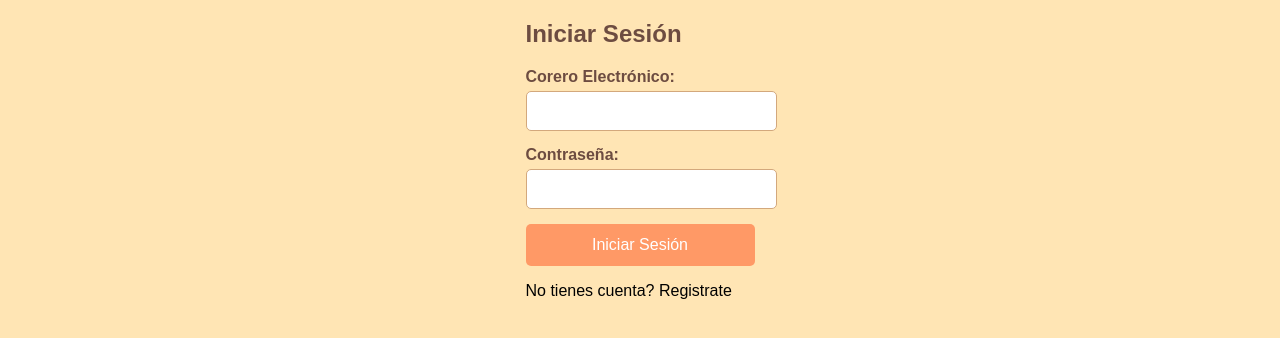
Repository: adriarodrisan/PetLover
Page: Paginas_web/Inicio_Sesion.html
These files come from the project's save history. The page is drawn as it stood at one moment and after the next save; the edit follows.
The browser window is 1280 px wide. The pictures show the whole page.
The pointer rests on the first visible `button`.

Above is the page before, as saved 2025-02-27 14:37:57.

After the next save:
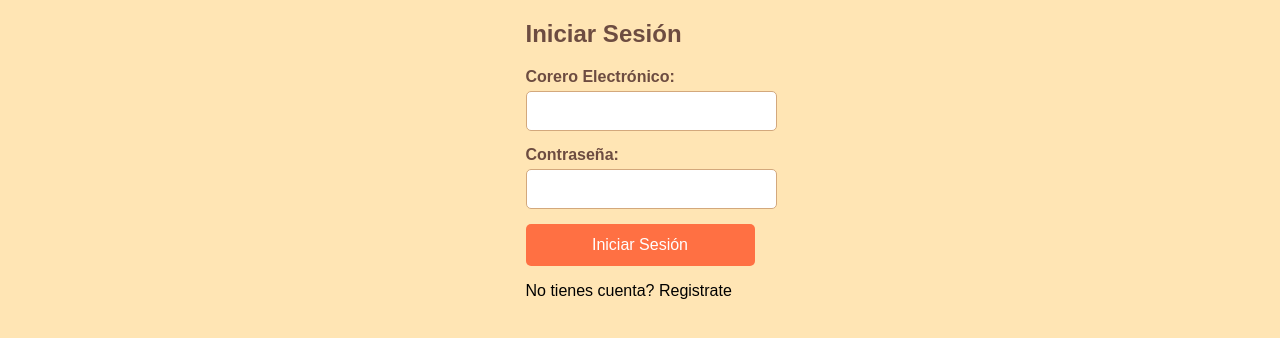
Saved 19 s later.
--- a/Css_Paginas/Inicio_Session.css
+++ b/Css_Paginas/Inicio_Session.css
@@ -46,3 +46,6 @@
     cursor: pointer;
     font-size: 1rem;
 }
+button:hover{
+    background-color: #FF7043;
+}
